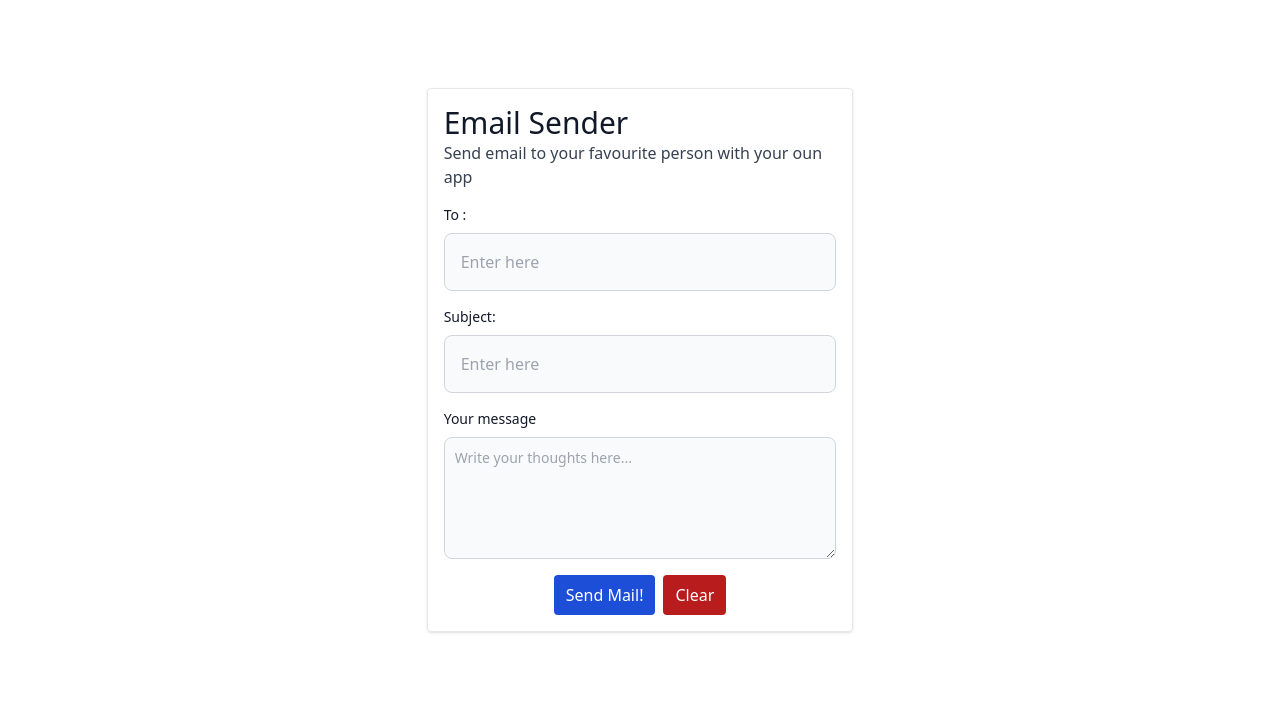
Repository: vikas-1234/EmailReactProject
Page: / (app in email-sender/)
The author's editor kept a copy of each file at every save. The page is drawn from the files as they stood at one save, then again after the next save.
The browser window is 1280 px wide. The pictures show the whole page.
The project was rebuilt for these pictures with package versions that can differ from the ones it lists, and the page was loaded fresh each time. Also part of the build but not shown: email-sender/vite.config.js, email-sender/src/App.css.

Above is the page before, as saved 2024-04-20 15:11:17.

After the next save:
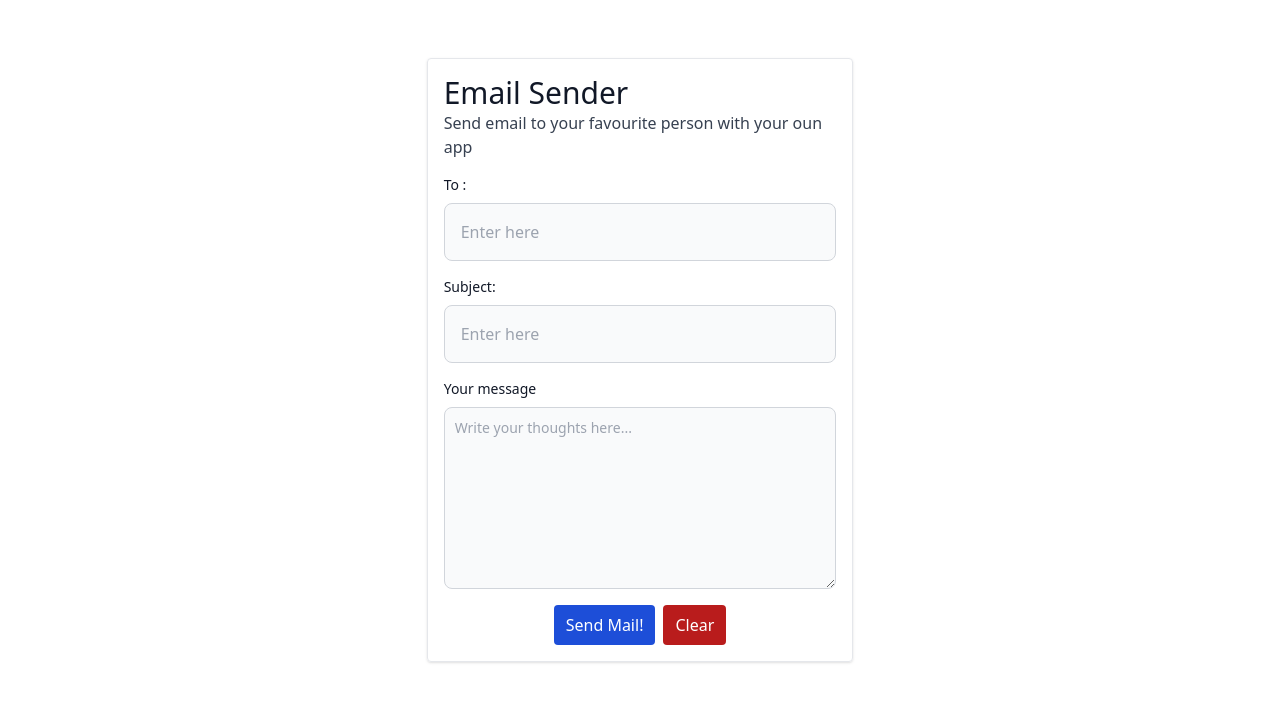
Saved 32 s later.
--- a/email-sender/src/components/EmailSender.jsx
+++ b/email-sender/src/components/EmailSender.jsx
@@ -32,7 +32,7 @@ function EmailSender() {
 
 <div className="form_field mt-4">
 <label for="message" class="block mb-2 text-sm font-medium text-gray-900 dark:text-white">Your message</label>
-<textarea id="message" rows="5" class="block p-2.5 w-full text-sm text-gray-900 bg-gray-50 rounded-lg border border-gray-300 focus:ring-blue-500 focus:border-blue-500 dark:bg-gray-700 dark:border-gray-600 dark:placeholder-gray-400 dark:text-white dark:focus:ring-blue-500 dark:focus:border-blue-500" placeholder="Write your thoughts here..."></textarea>
+<textarea id="message" rows="8" class="block p-2.5 w-full text-sm text-gray-900 bg-gray-50 rounded-lg border border-gray-300 focus:ring-blue-500 focus:border-blue-500 dark:bg-gray-700 dark:border-gray-600 dark:placeholder-gray-400 dark:text-white dark:focus:ring-blue-500 dark:focus:border-blue-500" placeholder="Write your thoughts here..."></textarea>
 
 </div>
 
